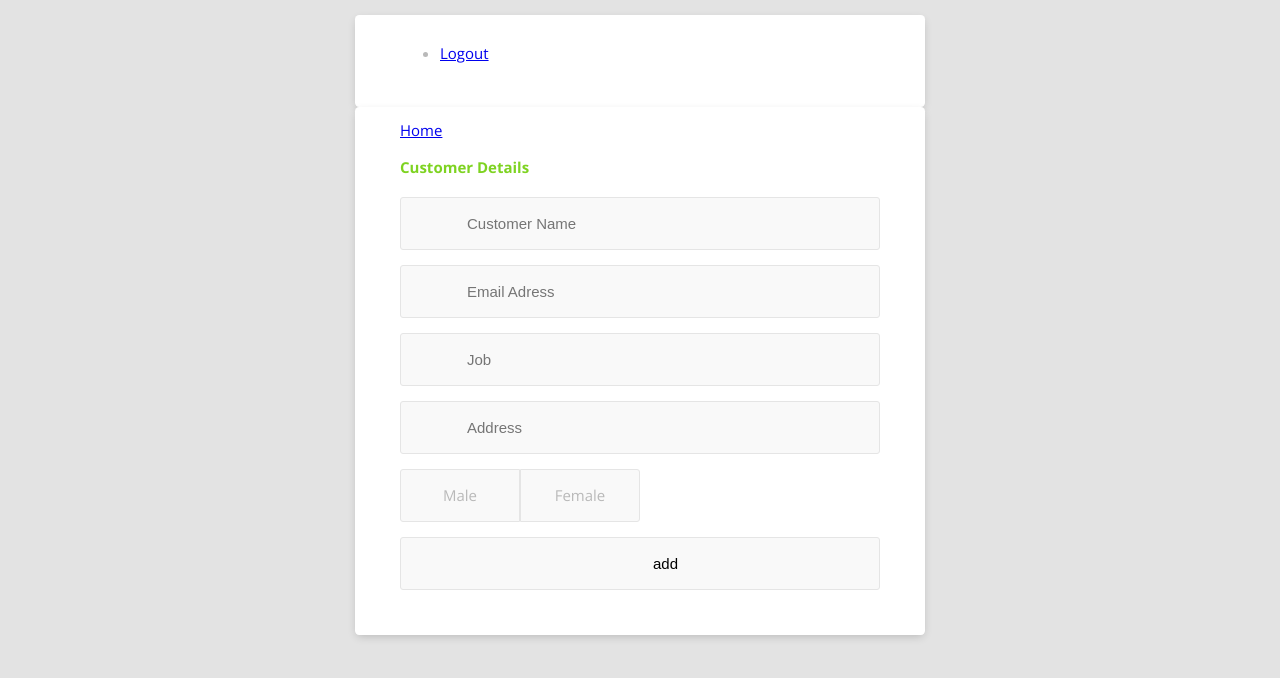
Repository: karthik-H/vms
Page: http://localhost/vms/customer-add.jsp
The author's editor kept a copy of each file at every save. The page is drawn from the files as they stood at one save, then again after the next save.
The browser window is 1280 px wide. The pictures show the whole page.
The page is served by Tomcat 9.

Above is the page before, as saved 2019-01-26 18:44:46.

After the next save:
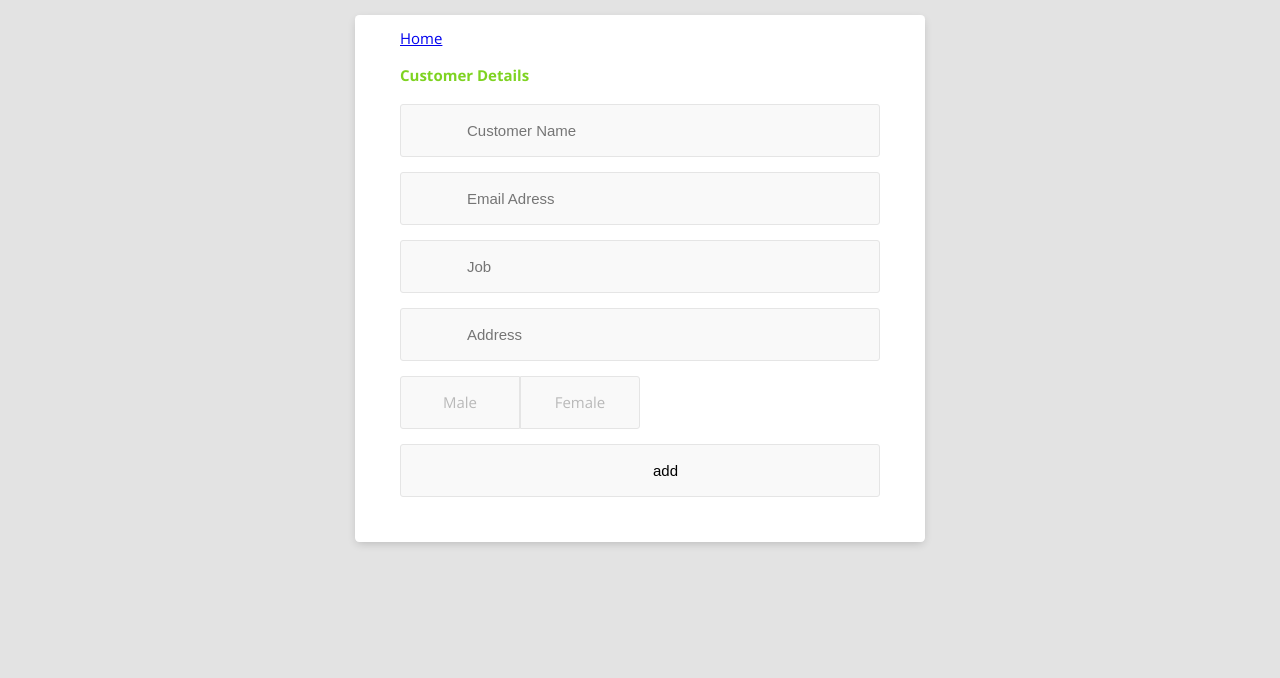
Saved 29 s later.
--- a/Vehicle/vms/src/main/webapp/customer-add.jsp
+++ b/Vehicle/vms/src/main/webapp/customer-add.jsp
@@ -16,18 +16,6 @@
 </head>
 
 <body>
-<div class="top_bg" id="home">
-	<div class="container">
-		<div class="header_top">
-			<div class="top_right">
-				<ul>
-					<li><a href="logout.jsp">Logout</a></li>
-				</ul>
-			</div>
-			<div class="clearfix"> </div>
-		</div>
-	</div>
-</div>
 <div class="container">
 <a href="home.jsp">Home</a>
   <form method="post" action="Customer_Add">
